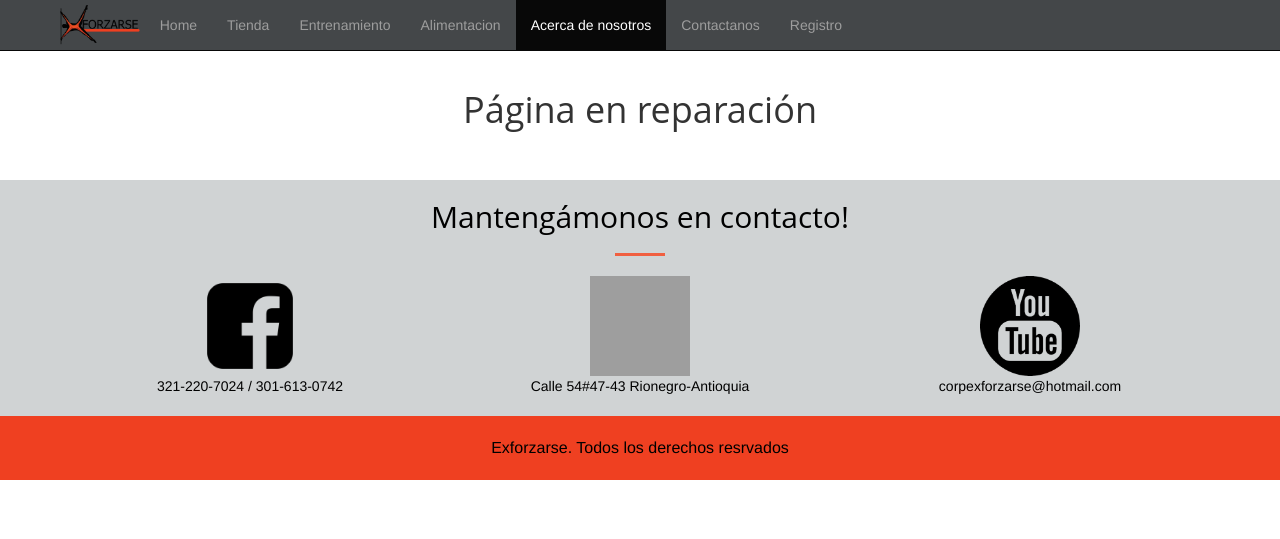
Repository: mahc36/exforzarse
Page: Exforzarse/WebContent/paginas/acercaDeNosotros.html
The author's editor kept a copy of each file at every save. The page is drawn from the files as they stood at one save, then again after the next save.
The browser window is 1280 px wide. The pictures show the whole page.
Pictures or frames that could not be fetched are drawn as grey boxes.

Above is the page before, as saved 2017-08-19 16:18:44.

### Exforzarse/WebContent/paginas/acercaDeNosotros.html
<!DOCTYPE html>
<html lang="en">

<head>
    <meta charset="utf-8">
    <meta http-equiv="X-UA-Compatible" content="IE=edge">
    <meta name="viewport" content="width=device-width, initial-scale=1">
    <!-- The above 3 meta tags *must* come first in the head; any other head content must come *after* these tags -->
    <title>Exforzarse</title>

    <!-- Bootstrap -->
    <link href="../css/bootstrap.min.css" rel="stylesheet">
    <link href="../css/estilos.css" rel="stylesheet">
    <link rel="stylesheet" href="../css/creative.min.css">
    <link rel="icon" type="image/png" sizes="16x16" href="../img/favicon.ico">
</head>

<body>
    <nav class="navbar navbar-inverse navbar-fixed-top">
        <div class="container">
            <div class="navbar-header">
                <div class="navbar-brand">
                    <img src="../img/logoclubexforzarse.png" alt="logo club">
                </div>
                <button type="button" class="navbar-toggle collapsed" data-toggle="collapse" data-target="#navbar" aria-expanded="false" aria-controls="navbar">
                    <span class="sr-only">Toggle navigation</span>
                    <span class="icon-bar"></span>
                    <span class="icon-bar"></span>
                    <span class="icon-bar"></span>
                </button>
            </div>
            <div id="navbar" class="collapse navbar-collapse">
                <ul class="nav navbar-nav">
                    <li><a href="../index.html">Home</a></li>
                    <li><a href="tienda.html">Tienda</a></li>
                    <li><a href="entrenamiento.html">Entrenamiento</a></li>
                    <li><a href="dietas.html">Alimentacion</a></li>
                    <li class="active"><a href="#">Acerca de nosotros</a></li>
                    <li><a href="contacto.html">Contactanos</a></li>
                    <li><a href="registro.html">Registro</a></li>
                </ul>
            </div>
            <!--/.nav-collapse -->
        </div>
    </nav>

    <H1 class="text-center">Página en reparación</H1>

    <br><br>
    <footer style="background-color: #D0D3D4;">
    <br>
        <div class="container">
            <div class="row">
            <div class="col-lg-8 col-lg-offset-2 text-center">
                <h2 class="section-heading"><font color="black">Mantengámonos en contacto!</font></h2>
                <hr class="primary">
            </div>
            <div class="col-lg-4 text-center">
                <a href="https://www.facebook.com/EXFORZARSE/" target="_blank"><img src="../img/darkFacebook.png" width="100" height="100"></a>
            </div>
            <div class="col-lg-4 text-center">
                <a href="https://www.instagram.com/exforzarse/" target="_blank"><img src="../img/darkInstagram3.png" width="100" height="100"></a>
            </div>
            <div class="col-lg-4 text-center">
                <a href="https://www.youtube.com/watch?v=VkQL8aGcTsE" target="_blank"><img src="../img/darkyoutube4.png" width="100" height="100"></a>
            </div>
            <div class="col-lg-4 text-center">
                <i class="fa fa-phone fa-3x sr-contact"></i>
                <span><font color="black">321-220-7024 / 301-613-0742</font></span>
            </div>
            <div class="col-lg-4 text-center">
                <i class="fa fa-road fa-3x sr-contact"></i>
                <span><font color="black">Calle 54#47-43 Rionegro-Antioquia</font></span>
            </div>
            <div class="col-lg-4 text-center">
                <i class="fa fa-envelope-o fa-3x sr-contact"></i>
                <span><font color="black">corpexforzarse@hotmail.com</font></span>
            </div>
        </div>
        <br>
        </div>
        <div style="background-color: #ef4021;">
	        <div class="container">
	        	<br>
	            <p class="text-muted" ALIGN=center><font color="black">Exforzarse. Todos los derechos resrvados</font></p>
	        </div>
    	</div>
    </footer>

    <!-- jQuery (necessary for Bootstrap's JavaScript plugins) -->
    <script src="https://ajax.googleapis.com/ajax/libs/jquery/1.12.4/jquery.min.js"></script>
    <!-- Include all compiled plugins (below), or include individual files as needed -->
    <script src="https://maxcdn.bootstrapcdn.com/bootstrap/3.3.7/js/bootstrap.min.js" integrity="sha384-Tc5IQib027qvyjSMfHjOMaLkfuWVxZxUPnCJA7l2mCWNIpG9mGCD8wGNIcPD7Txa" crossorigin="anonymous"></script>
</body>

</html>

### Exforzarse/WebContent/css/estilos.css
body {
    padding-top: 70px;
    position: relative;
    overflow-x: hidden;
}

.navbar-brand {
    padding: 0px;
}

.navbar-brand>img {
    height: 100%;
    padding: 5px;
    width: auto;
}

.navbar-inverse {
    background-color: #444749;
    border-color: #080808;
}

.containerpie {
    background-color: #EF4021;
}

.carousel {
    height: 500px;
    max-height: 500px;
    overflow: hidden;
}

.item img {
    width: 100%;
    height: auto;
}

.video {
    position: relative;
    height: 0;
    padding-bottom: 56.25%;
    margin-bottom: 80px;
}

video {
    position: absolute;
    min-width: 100%;
    min-height: 100%;
    top: 50%;
    left: 50%;
    transform: translateX(-50%) translateY(-50%);
    z-index: -1;
}

iframe {
    position: absolute;
    width: 100%;
    height: 100%;
    left: 0;
}

.rutinasmenu {
    margin: 0 0 0 2%;
    float: left;
    width: 20%;
}

.rutinasmenu>p {
    font-weight: bold;
    font-size: 25px;
}

.list-group-item:hover {
    font-size: 120%;
    background-image: -webkit-linear-gradient(top, #DF7401 0%, #FE9A2E 100%);
}

.navbar-inverse .navbar-nav>.active>a:hover {
    background-color: chocolate;
    color: black;
}

.navbar-inverse .navbar-nav>li>a:hover {
    background-color: chocolate;
    color: black;
}

.nav-tabs>li>a {
    font-weight: bold;
}

.nav-tabs>li>a:hover {
    background-color: chocolate;
    color: black;
    font-size: 120%;
}

a {
    color: black;
}

.footer {
    position: absolute;
    bottom: 0;
    width: 100%;
    height: 60px;
    background-color: #f5f5f5;
}

section#contact {
    background-color: white;
    background-image: url(../img/DSC_0414.JPG);
    background-size: cover;
    background-position: center;
    background-repeat: no-repeat;
}

section {
    padding: 73px 0px;
}

section#contact .section-heading {
    color: black;
}

section#contact .form-group {
    margin-bottom: 25px;
}

section#contact .form-group input,
section#contact .form-group textarea {
    padding: 20px;
}

section#contact .form-group input.form-control {
    height: auto;
}

section#contact .form-group textarea.form-control {
    height: 236px;
}

section#contact .form-control:focus {
    border-color: #fed136;
    box-shadow: none;
}

section#contact ::-webkit-input-placeholder {
    font-family: "Montserrat", "Helvetica Neue", Helvetica, Arial, sans-serif;
    text-transform: uppercase;
    font-weight: 700;
    color: darkgray;
}

.gellary_bg_none img {
    width: 100%;
    height: 250px;
}

section#contact :-moz-placeholder {
    /* Firefox 18- */
    font-family: "Montserrat", "Helvetica Neue", Helvetica, Arial, sans-serif;
    text-transform: uppercase;
    font-weight: 700;
    color: darkgray;
}

section#contact ::-moz-placeholder {
    /* Firefox 19+ */
    font-family: "Montserrat", "Helvetica Neue", Helvetica, Arial, sans-serif;
    text-transform: uppercase;
    font-weight: 700;
    color: #eeeeee;
}

section#contact :-ms-input-placeholder {
    font-family: "Montserrat", "Helvetica Neue", Helvetica, Arial, sans-serif;
    text-transform: uppercase;
    font-weight: 700;
    color: darkgray;
}

section#contact .text-danger {
    color: #e74c3c;
}

.about_our_company {
    text-align: center;
    margin-bottom: 20px;
    font-weight: bold;
}

.about_our_company h1 {
    text-align: center;
    margin-bottom: 50px;
    font-weight: bold;
    font-size: 50px;
    color: chocolate;
    text-shadow: 1px 1px 3px #323232;
}

.titleline-icon {
    position: relative;
    max-width: 100px;
    border-top: 4px double #F99700;
    margin: 20px auto 20px;
}

.titleline-icon:after {
    position: absolute;
    top: -11px;
    left: 0;
    right: 0;
    margin: auto;
    font-family: 'FontAwesome';
    content: "\f141";
    font-size: 20px;
    line-height: 1;
    color: #F99700;
    text-align: center;
    vertical-align: middle;
    width: 40px;
    height: 20px;
    background: #ffffff;
}

.btn {}

.get {
    background-color: chocolate;
}

Loaded but not shown: Exforzarse/WebContent/css/bootstrap.min.css (library); Exforzarse/WebContent/css/creative.min.css (library)

After the next save:
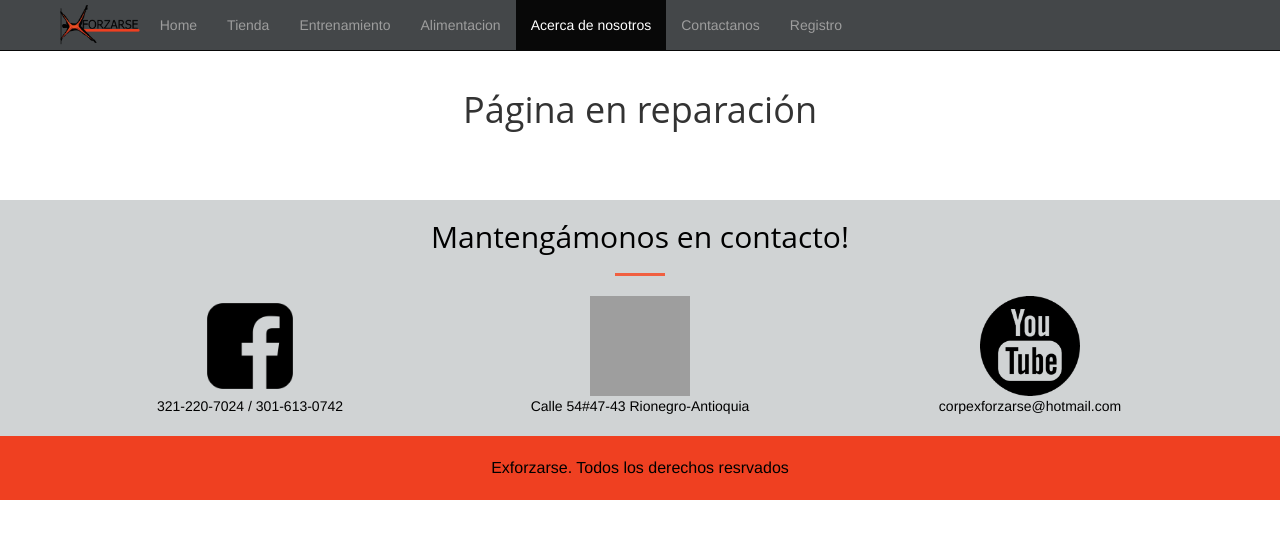
Saved 74 s later.
--- a/Exforzarse/WebContent/paginas/acercaDeNosotros.html
+++ b/Exforzarse/WebContent/paginas/acercaDeNosotros.html
@@ -44,7 +44,11 @@
         </div>
     </nav>
 
-    <H1 class="text-center">Página en reparación</H1>
+    <div>
+	    <H1 class="text-center">Página en reparación</H1>
+	    <img src="" >
+    </div>
+
 
     <br><br>
     <footer style="background-color: #D0D3D4;">
